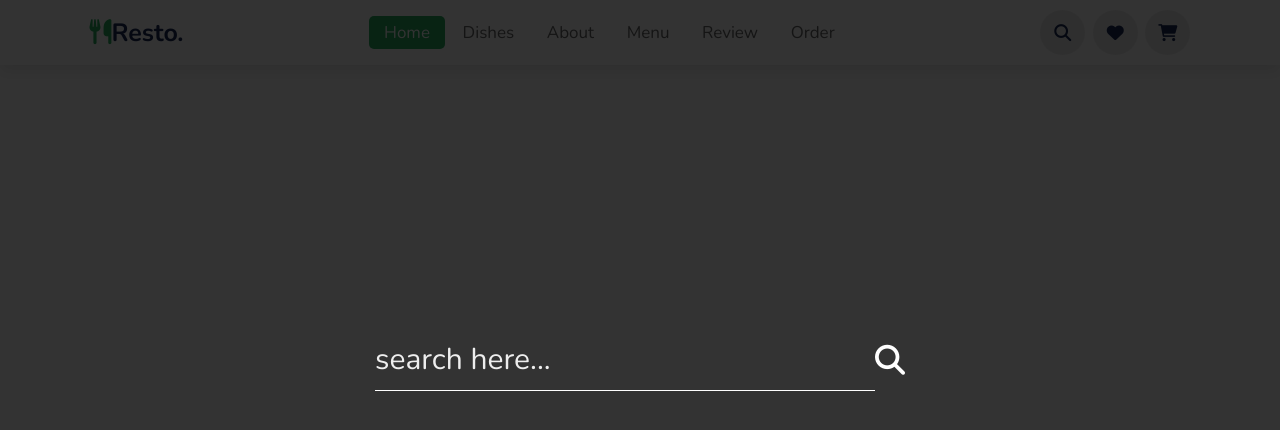
Repository: CarsonDev1/FoodWeb
Page: index.html
These files come from the project's save history. The page is drawn as it stood at one moment and after the next save; the edit follows.
The browser window is 1280 px wide. The pictures show the whole page.
The pointer rests on the first visible `#search-form label`.
Some web libraries are served in a nearby version.

Above is the page before, as saved 2022-05-18 18:36:36.

After the next save:
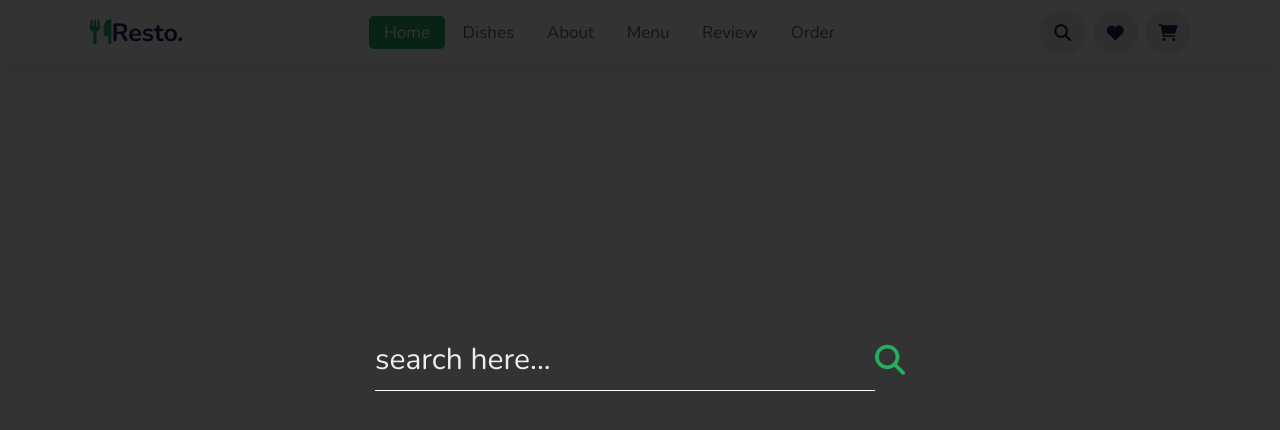
Saved 19 s later.
--- a/css/style.css
+++ b/css/style.css
@@ -108,6 +108,9 @@ header .icons #menu-bars {
   cursor: pointer;
   font-size: 3rem;
 }
+#search-form label:hover {
+  color: var(--green);
+}
 /* media queries */
 @media (max-width: 991px) {
   html {
